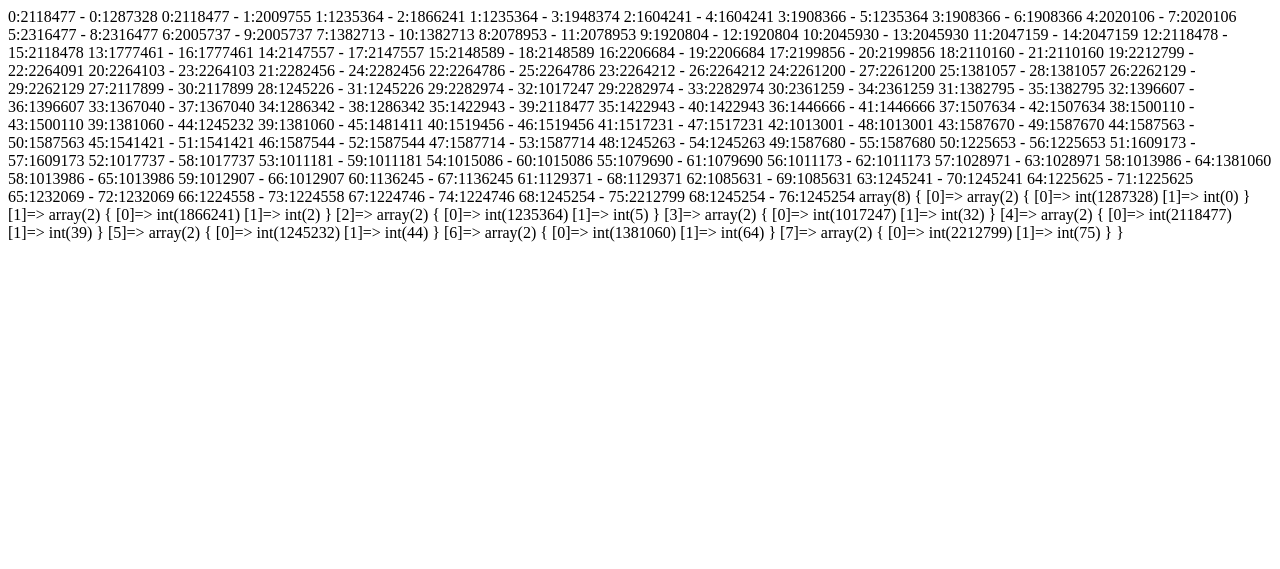
Repository: lokkie/php-simple_framework
Page: http://localhost/tests/UpdateTest.php
The author's editor kept a record of every edit. The page is drawn from the files as they stood at one moment, then again after the next edit.
The browser window is 1280 px wide. The pictures show the whole page.
The page is run by PHP 8.4 with error messages shown; the project is at /var/www/html/.

Above is the page before.

### tests/UpdateTest.php
<?php

// function updateItems ( array $ids, array $positions )
// {

// 	$rows = [
// 			['id' => 4451, 'position' => 0],
// 			['id' => 47751, 'position' => 0],
// 			['id' => 55714, 'position' => 3],
// 			['id' => 1234, 'position' => 0],
// 			['id' => 44716, 'position' => 0],
// 			['id' => 5218841, 'position' => 1],
// 			['id' => 871974, 'position' => 5]
// 		];

// 	$processing = true;
// 	$indexLocal = 0;
// 	$indexRemote = 0;
// 	$updatesList = [];
// 	while ( $processing ) {
// 		echo "{$indexLocal}:{$rows[$indexLocal]['id']} - {$indexRemote}:{$ids[$indexRemote]} ";
// 		if ( $ids[$indexRemote] == $rows[$indexLocal]['id'] ) {
// 			echo " ids are the same... ";
// 			if ($rows[$indexLocal]['position'] != 0 &&
// 				$rows[$indexLocal]['position'] != $positions[$indexRemote] ) {
// 					echo "p {$rows[$indexLocal]['position']} :: {$positions[$indexRemote]} updating ";
// 					array_push($updatesList, [$ids[$indexRemote], $positions[$indexRemote]]);
// 				}
// 			$indexLocal++;
// 		} else {
// 			echo " ids different, updating ";
// 			array_push($updatesList, [$ids[$indexRemote], $positions[$indexRemote]]);
// 			for ($iter = $indexLocal+1; $iter < count($rows); $iter++) {
// 				if ($rows[$iter]['id'] == $ids[$indexRemote]) {
// 					array_splice($rows, $iter, 1);
// 					break;
// 				}
// 			}
// 		}
// 		$indexRemote++;
// 		echo "\n";
// 		if ( $indexRemote >= count($ids) ) {
// 			$processing = false;
// 		}
// 	}

// 	var_dump([
// 		'indexRemote' => $indexRemote,
// 		'indexLocal' => $indexLocal,
// 		'ids' => $ids,
// 		'positions' => $positions,
// 		'updatesList' => $updatesList
// 		]);
// }

/* updateItems(
	[1234, 4451, 47751, 55714, 44716, 871974, 5218841],
	[1,2,3,4,5,6,7]
	); */



ini_set('memory_limit', '2048M');

function updateItems2 (array $ids) {
	$nonPositioned = [2118477, 2009755, 1235364, 1948374, 1604241, 1866241,
					1908366, 2020106, 2316477, 2005737, 1382713, 2078953,
					1920804, 2045930, 2047159, 2118478, 1777461, 2147557,
					2148589, 2206684, 2199856, 2110160, 2212799, 2264091,
					2264103, 2282456, 2264786, 2264212, 2261200, 1381057,
					2262129, 2117899, 1245226, 2282974, 2361259, 1382795,
					1396607, 1367040, 1286342, 1287328, 1422943, 1446666,
					1507634, 1500110, 1381060, 1481411, 1519456, 1517231,
					1013001, 1587670, 1587563, 1541421, 1587544, 1587714,
					1245263, 1587680, 1225653, 1609173, 1017247, 1017737,
					1011181, 1015086, 1079690, 1011173, 1028971, 1245232,
					1013986, 1012907, 1136245, 1129371, 1085631, 1245241,
					1225625, 1232069, 1224558, 1224746, 1245254];
	$positioned = [];

	$localIndex = 0;
	$stepSize = 1;
	$itemsToUpdate = [];
	for ( $remoteIndex = 0; $remoteIndex < count($ids); $remoteIndex++ ) {
		$positionOnScreen = $remoteIndex + 1;
		echo "{$localIndex}:{$nonPositioned[$localIndex]} - {$remoteIndex}:{$ids[$remoteIndex]}\n";
		if ( $nonPositioned[$localIndex] == $ids[$remoteIndex] ) { // position non changed
			$localIndex++;
		} else if ( isset($nonPositioned[$localIndex + 1] )
			&& $nonPositioned[$localIndex + 1] == $ids[$remoteIndex] ) {
			$positioned[$localIndex] = $nonPositioned[$localIndex];
			array_splice($nonPositioned, $localIndex, 1);
			$localIndex++;
		} else  if ( isset($positioned[$remoteIndex]) && $positioned[$remoteIndex] == $ids[$remoteIndex] ) { // position non changed
				continue;
		} else {
			if (false !== $index = array_search($ids[$remoteIndex], $positioned)) {
				unset($positioned[$index]);
			} else {
				$index = array_search($ids[$remoteIndex], $nonPositioned);
				array_splice($nonPositioned, $index, 1);
			}
			array_push($itemsToUpdate, [$ids[$remoteIndex], $remoteIndex]);
		}
	}

	var_dump($itemsToUpdate);
}




updateItems2([1287328, 2009755, 1866241, 1948374, 1604241, 1235364,
					1908366, 2020106, 2316477, 2005737, 1382713, 2078953,
					1920804, 2045930, 2047159, 2118478, 1777461, 2147557,
					2148589, 2206684, 2199856, 2110160, 2264091,
					2264103, 2282456, 2264786, 2264212, 2261200, 1381057,
					2262129, 2117899, 1245226, 1017247, 2282974, 2361259, 1382795,
					1396607, 1367040, 1286342, 2118477, 1422943, 1446666,
					1507634, 1500110, 1245232, 1481411, 1519456, 1517231,
					1013001, 1587670, 1587563, 1541421, 1587544, 1587714,
					1245263, 1587680, 1225653, 1609173, 1017737,
					1011181, 1015086, 1079690, 1011173, 1028971, 1381060,
					1013986, 1012907, 1136245, 1129371, 1085631, 1245241,
					1225625, 1232069, 1224558, 1224746, 2212799, 1245254]);

// updateItems2([2282456, 2009755, 1235364, 1866241, 1948374, 1604241,
// 					1908366, 2020106, 2316477, 2005737, 1382713, 2078953,
// 					 2045930, 2047159, 2118478, 1777461, 2147557,
// 					2148589, 2206684, 2199856, 2110160, 2212799, 2264091,
// 					2264103, 2118477, 2264786, 1245254, 1028971, 2261200, 1381057,
// 					2262129, 2117899, 1245226, 2282974, 2361259, 1382795,
// 					1396607, 1367040, 1286342, 1287328, 1422943, 1446666,
// 					1507634, 1500110, 1381060, 1481411, 1519456, 1517231,
// 					1013001, 1587670, 1587563, 1541421, 1587544, 1587714,
// 					1245263, 1587680, 1225653, 1609173, 1017247, 1017737,
// 					1011181, 1015086, 1079690, 1011173, 1245232,
// 					1013986, 1012907, 1136245, 1129371, 1085631, 1920804, 1245241,
// 					1225625, 1232069, 1224558, 1224746, 2264212]);

After the next edit:
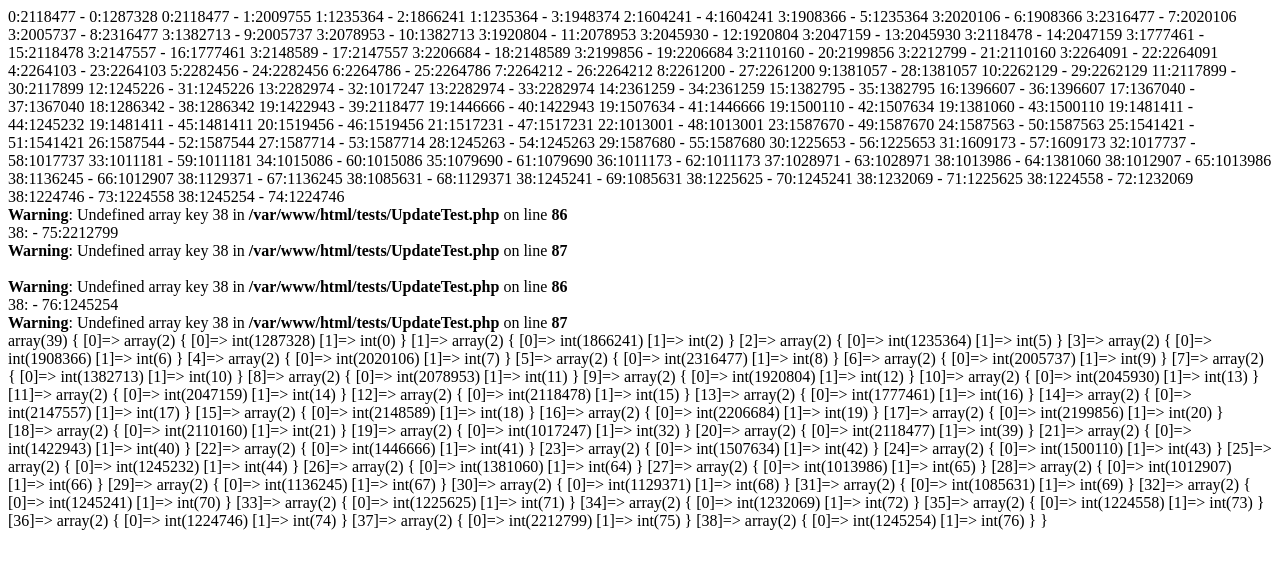
The edit:
--- a/tests/UpdateTest.php
+++ b/tests/UpdateTest.php
@@ -88,7 +88,12 @@
 			$localIndex++;
 		} else if ( isset($nonPositioned[$localIndex + 1] )
 			&& $nonPositioned[$localIndex + 1] == $ids[$remoteIndex] ) {
-			$positioned[$localIndex] = $nonPositioned[$localIndex];
+				if ( isset($positioned[$localIndex]) ) {
+
+				} else {
+
+				}
+
 			array_splice($nonPositioned, $localIndex, 1);
 			$localIndex++;
 		} else  if ( isset($positioned[$remoteIndex]) && $positioned[$remoteIndex] == $ids[$remoteIndex] ) { // position non changed

After the edit that followed:
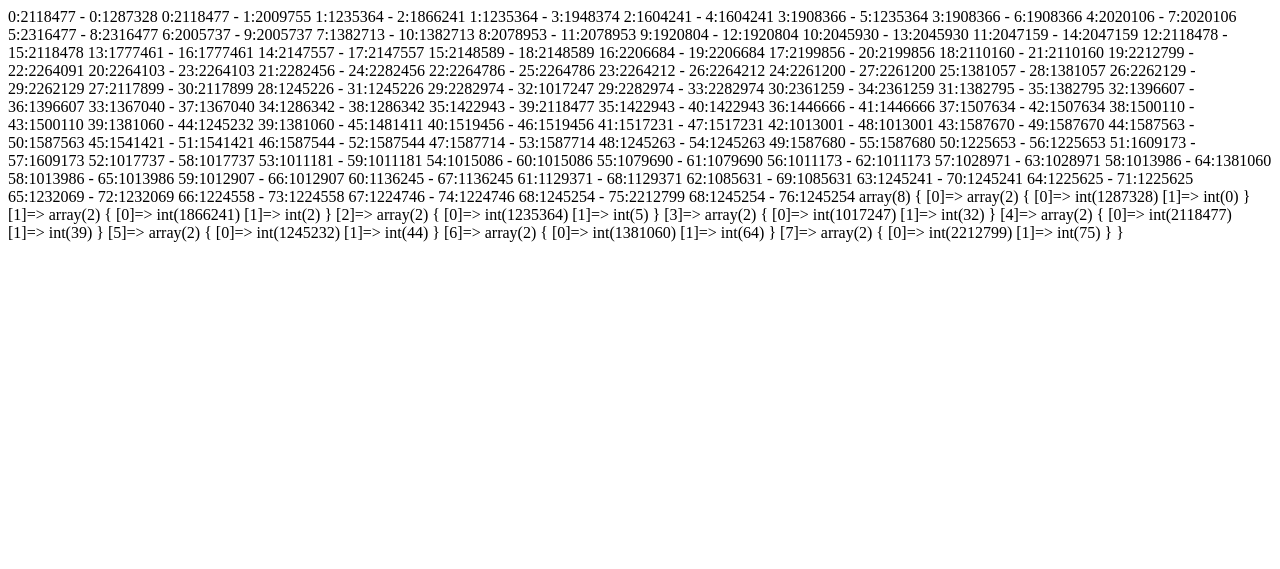
The edit:
--- a/tests/UpdateTest.php
+++ b/tests/UpdateTest.php
@@ -91,7 +91,7 @@
 				if ( isset($positioned[$localIndex]) ) {
 
 				} else {
-
+					$positioned[$localIndex] = $nonPositioned[$localIndex];
 				}
 
 			array_splice($nonPositioned, $localIndex, 1);
